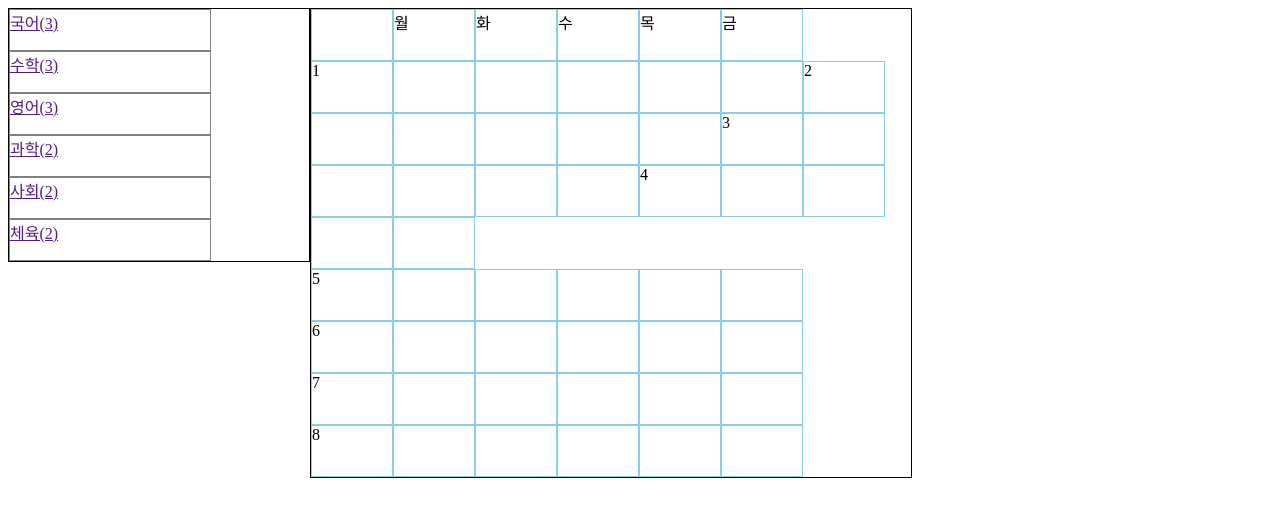
Repository: sh91c/jsp
Page: http://localhost/200701_SCORES/dragndrop/dragndrap_time.jsp
An editor plug-in stored every save of this project. The page is shown before and after the next save, followed by the edit.
The browser window is 1280 px wide. The pictures show the whole page.
Some web libraries are served in a nearby version. The page is served by Tomcat 9.

Above is the page before, as saved 2020-07-10 06:30:17.

After the next save:
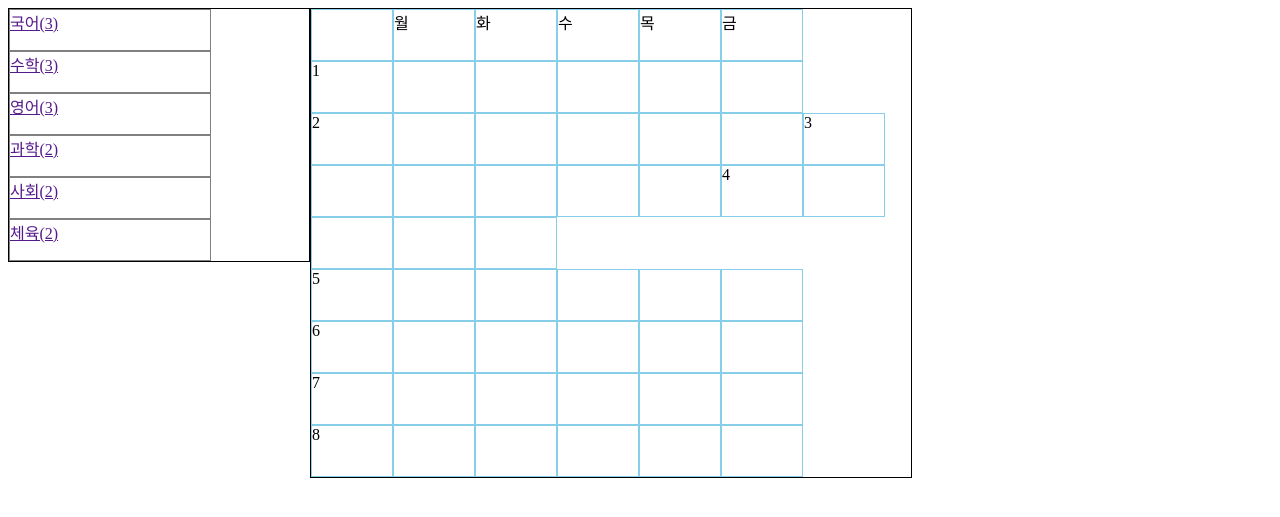
Saved 15 s later.
--- a/200701_SCORES/WebContent/dragndrop/dragndrap_time.jsp
+++ b/200701_SCORES/WebContent/dragndrop/dragndrap_time.jsp
@@ -43,7 +43,7 @@
 				<div class="col"></div>
 				<div class="col"></div>
 			</div>
-			<div>
+			<div class="row">
 				<div class="col">2</div>
 				<div class="col"></div>
 				<div class="col"></div>
